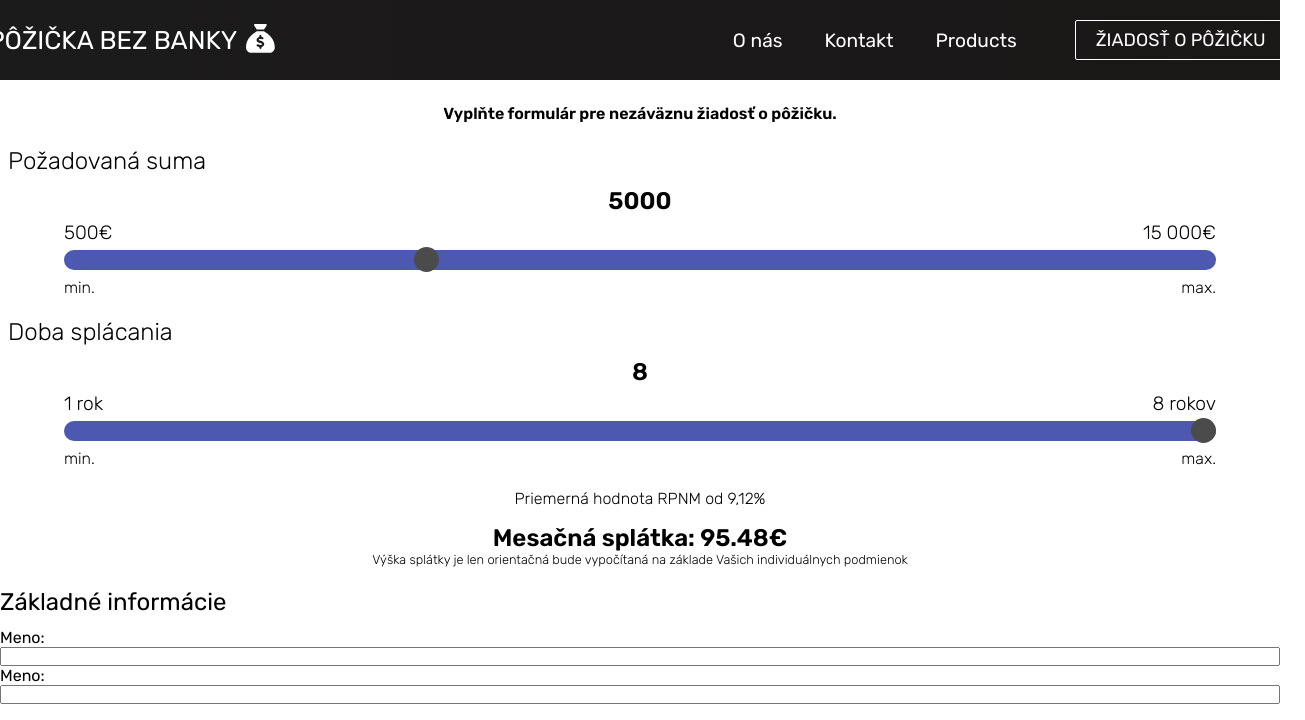
Repository: steve-lgtm/React-website-pozickabezbanky
Page: /ziadost
The author's editor kept a copy of each file at every save. The page is drawn from the files as they stood at one save, then again after the next save.
The browser window is 1280 px wide. The page is 1305 px wide, so the pictures cover 1305 px, including what lies to the right of the window. The pictures show the whole page.
Some web libraries are served in a nearby version. The project was rebuilt for these pictures with package versions that can differ from the ones it lists, and the page was loaded fresh each time. Also part of the build but not shown: src/components/pages/Home.js, src/components/pages/Kontakt.js, src/components/pages/Products.js.

Above is the page before, as saved 2022-07-09 00:04:15.

After the next save:
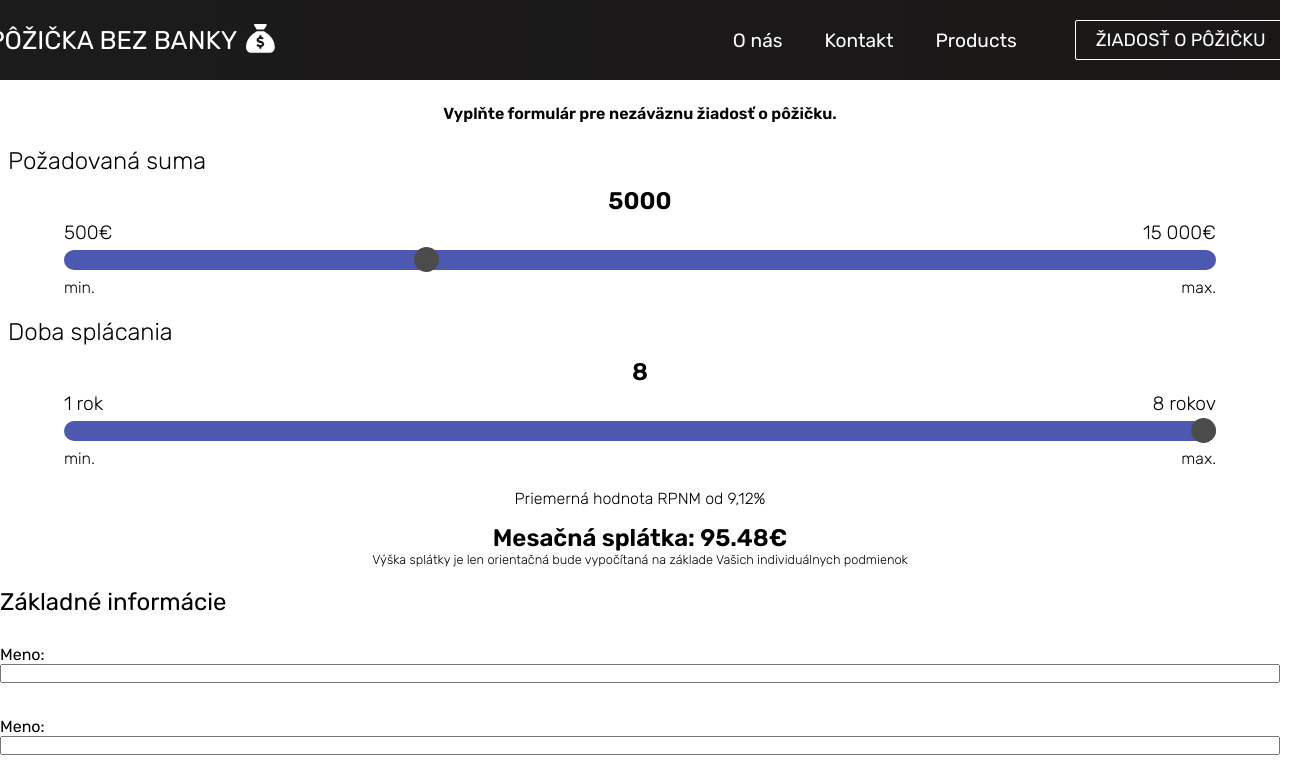
Saved 5 s later.
--- a/src/components/pages/Ziadost.css
+++ b/src/components/pages/Ziadost.css
@@ -83,7 +83,7 @@ font-weight: 300;
     display: flex;
     flex-direction: column;
     justify-content:space-around;
-    height: ľ0vh;
+    height: 20vh;
 }
 .personal-data-field{
     display: flex;
